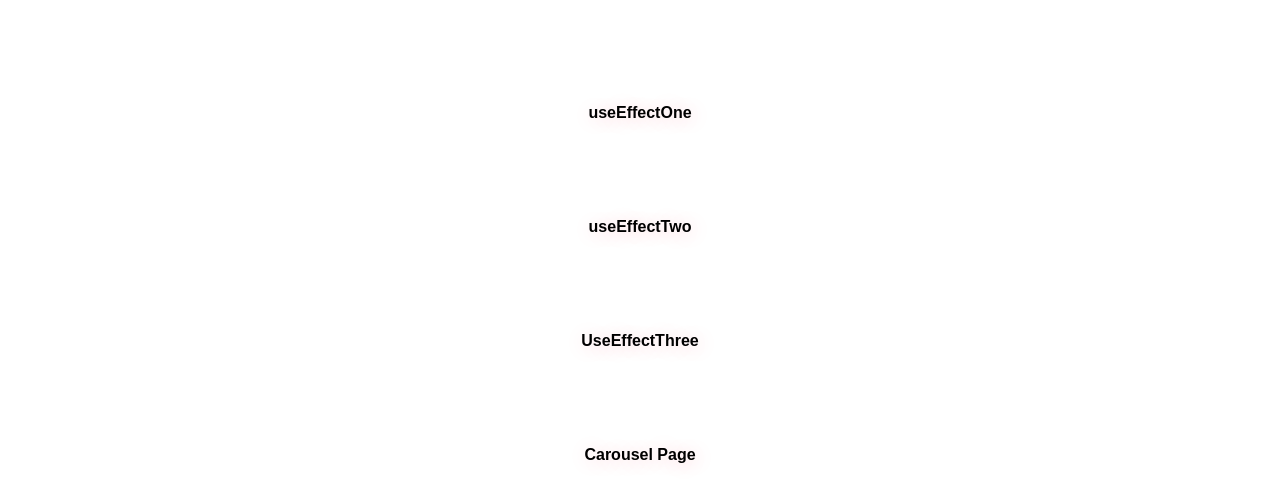
Repository: jjennbui/class8
Page: /
These files come from the project's save history. The page is drawn as it stood at one moment and after a run of saves; the edit follows.
The browser window is 1280 px wide. The pictures show the whole page.
The project was rebuilt for these pictures with package versions that can differ from the ones it lists, and the page was loaded fresh each time. The framework's server and built-in components were replaced by stand-ins that run in the browser. Also part of the build but not shown: next.config.js.

Above is the page before, as saved 2023-02-20 17:36:52.

After the next 4 saves:
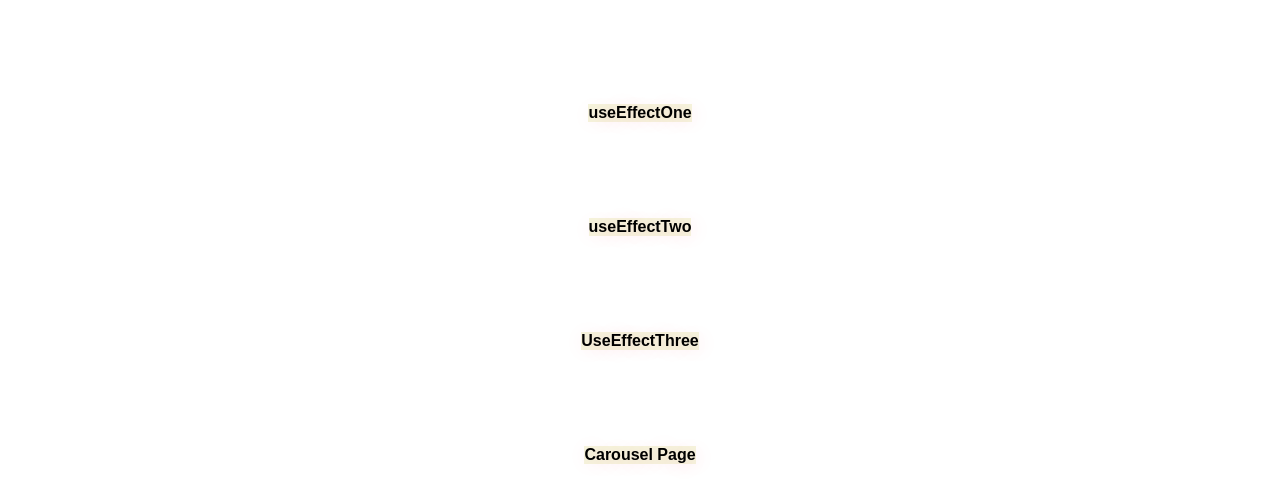
The 4 saves are shown as one change because they came seconds apart.
The last was saved 11 s later.
--- a/styles/Home.module.css
+++ b/styles/Home.module.css
@@ -15,4 +15,5 @@
   font-family: Arial, Helvetica, sans-serif;
   font-weight: bold;
   text-shadow: 2px 2px 20px pink;
+  background-color: beige;
 }
